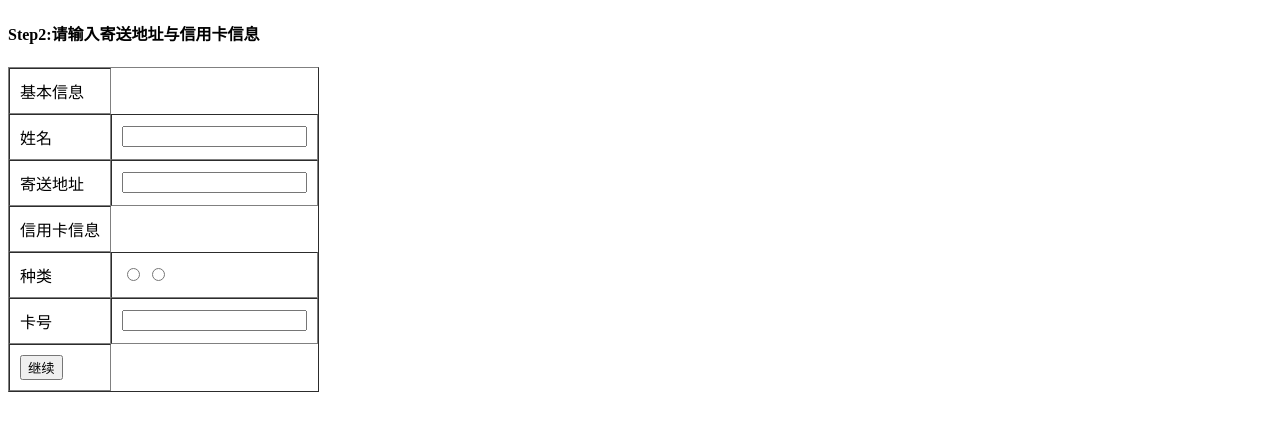
Repository: smilebingbing/java
Page: http://localhost/day_0103/shoppingcart/step-2.jsp
An editor plug-in stored every save of this project. The page is shown before and after the next save, followed by the edit.
The browser window is 1280 px wide. The pictures show the whole page.
The page is served by Tomcat 9.

Above is the page before, as saved 2017-01-04 07:50:09.

After the next save:
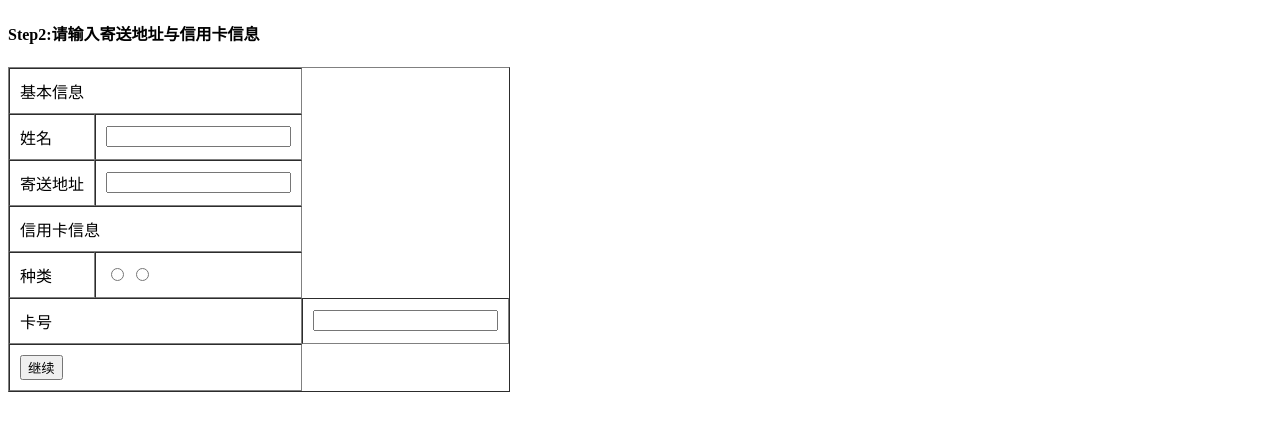
Saved 60 s later.
--- a/day_0103/WebContent/shoppingcart/step-2.jsp
+++ b/day_0103/WebContent/shoppingcart/step-2.jsp
@@ -12,7 +12,7 @@
 	<form action="" method="post">
 		<table border="1" cellpadding="10" cellspacing="0">
 			<tr>
-				<td>基本信息</td>
+				<td colspan="2">基本信息</td>
 			</tr>
 			<tr>
 				<td>姓名</td>
@@ -23,7 +23,7 @@
 				<td><input type="text" name="" value="" /></td>
 			</tr>
 			<tr>
-				<td>信用卡信息</td>
+				<td colspan="2">信用卡信息</td>
 			</tr>
 			<tr>
 				<td>种类</td>
@@ -32,11 +32,11 @@
 				</td>
 			</tr>
 			<tr>
-				<td>卡号</td>
+				<td colspan="2">卡号</td>
 				<td><input type="text" name="" value="" /></td>
 			</tr>
 			<tr>
-				<td><input type="submit" value="继续" /></td>
+				<td colspan="2"><input type="submit" value="继续" /></td>
 			</tr>
 		</table>
 	</form>
